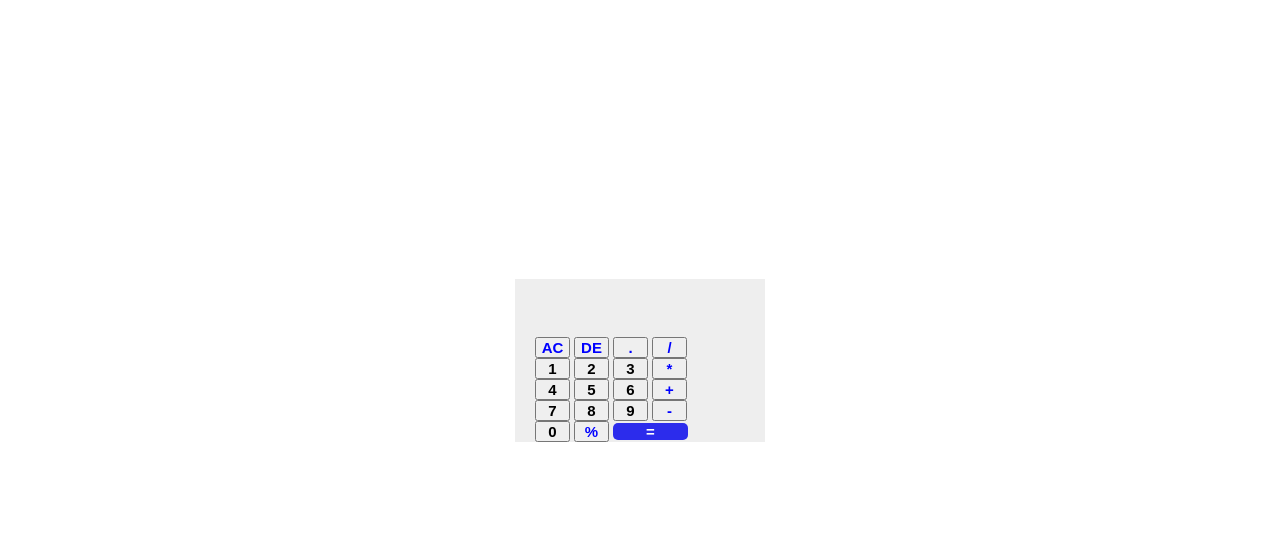
Repository: jerrys-arch/web-calculator
Page: index.html
These files come from the project's save history. The page is drawn as it stood at one moment and after a run of saves; the edit follows.
The browser window is 1280 px wide. The pictures show the whole page.

Above is the page before, as saved 2024-11-30 05:59:19.

After the next 4 saves:
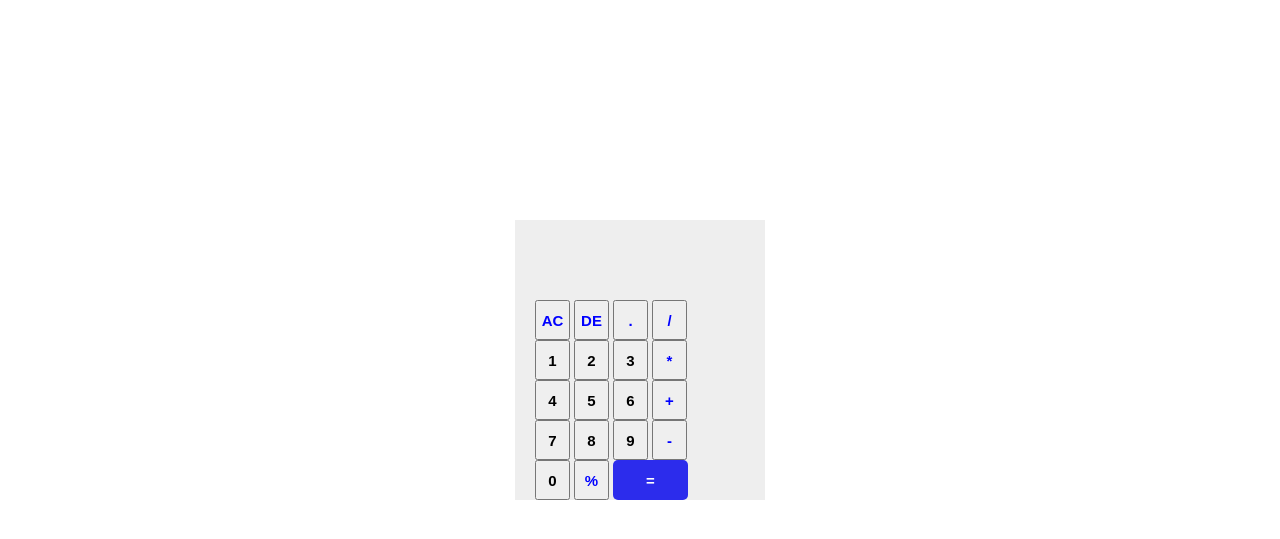
The 4 saves are shown as one change because they came seconds apart.
The last was saved 11 s later.
--- a/styles.css
+++ b/styles.css
@@ -18,7 +18,7 @@
 }
 .calculator form input{
     width:35px;
-    height: :;
+    height:40px;
    /* padding: 10px;*/
     border:non;
     font-size: 15px;
